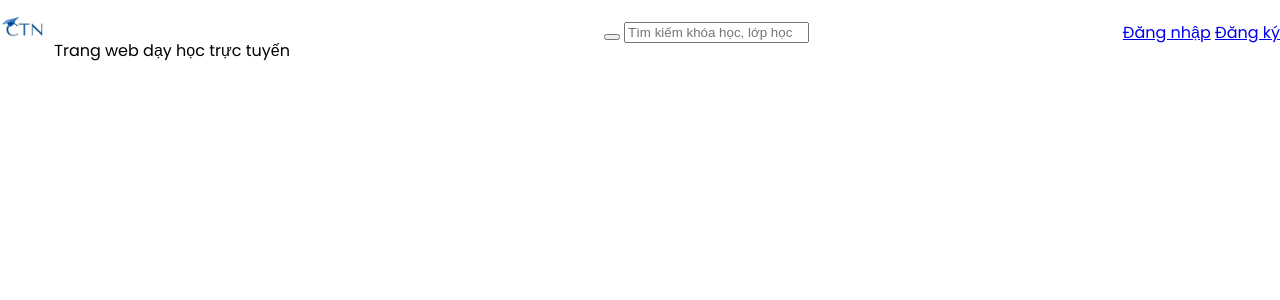
Repository: Nieday306/shophoaqua
Page: index.html
These files come from the project's save history. The page is drawn as it stood at one moment and after the next save; the edit follows.
The browser window is 1280 px wide. The pictures show the whole page.

Above is the page before, as saved 2024-04-07 08:56:52.

After the next save:
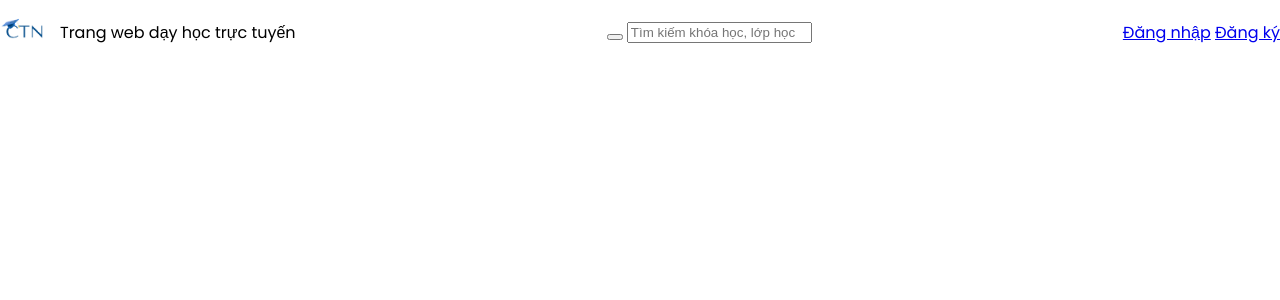
Saved 35 s later.
--- a/assets/css/style.css
+++ b/assets/css/style.css
@@ -29,6 +29,12 @@ body {
   justify-content: space-between;
 }
 
+.logo {
+  display: flex;
+  align-items: center;
+  gap: 10px;
+}
+
 .logo-img {
   width: 50px;
   height: 50px;
